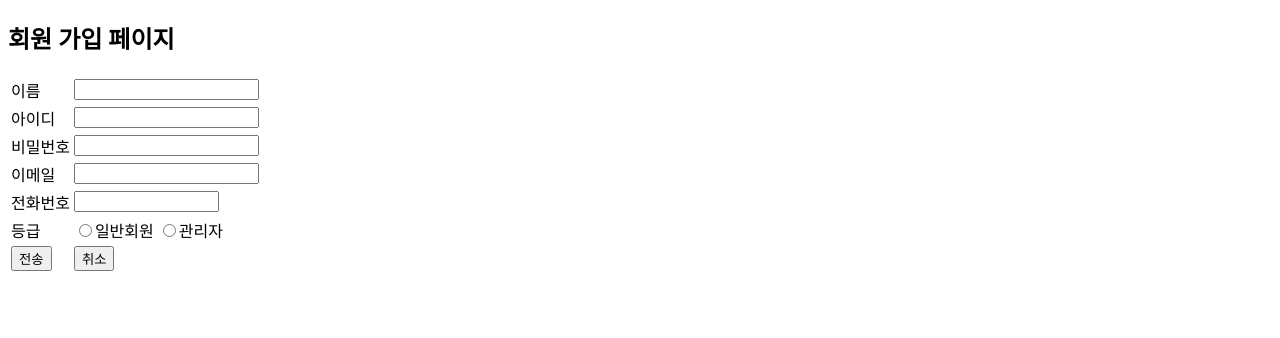
Repository: totesbk/JSP-
Page: http://localhost/web09/join.do
An editor plug-in stored every save of this project. The page is shown before and after the next save, followed by the edit.
The browser window is 1280 px wide. The pictures show the whole page.
The page is served by Tomcat 9. Other server files are loaded and not shown.

Above is the page before, as saved 2020-10-13 08:51:10.

### web09/WebContent/member/join.jsp
<%@ page language="java" contentType="text/html; charset=UTF-8"
    pageEncoding="UTF-8"%>
<!DOCTYPE html>
<html>
<head>
<meta charset="UTF-8">
<title>Insert title here</title>
</head>
<body>
<h2>회원 가입 페이지</h2>
   <form action="join.do" method="post" name="frm">
   		 <table>
   		<tr>
   			<td>이름</td>
   			<td><input type="text" name="name" size="20"></td>
   		</tr>
   		<tr>
   			<td>아이디</td>
   			<td><input type="text" name="userid" size="20"></td>
   		</tr>
   		<tr>
   			<td>비밀번호</td>
   			<td><input type="password" name="userpwd" size="20"></td>
   		</tr>

   		<tr>
   			<td>이메일</td>
   			<td><input type="text" name="email" size="20"></td>
   		</tr>

   		<tr>
   			<td>전화번호</td>
   			<td><input type="text" name="phone" size="15"></td>
   		</tr>

   		<tr>
   			<td>등급</td>
   			<td>
   			<input type="radio" name="admin" value="0">일반회원
   			<input type="radio" name="admin" value="1">관리자
   			</td>
   		</tr>

   		<tr>
   			<td><input type="submit" value="전송"></td>
   			<td><input type="reset" value="취소"></td>
   		</tr>


   </table>
    </form>

</body>
</html>

### web09/src/com/green/controller/joinServlet.java
package com.green.controller;

import java.io.IOException;

import javax.servlet.RequestDispatcher;
import javax.servlet.ServletException;
import javax.servlet.annotation.WebServlet;
import javax.servlet.http.HttpServlet;
import javax.servlet.http.HttpServletRequest;
import javax.servlet.http.HttpServletResponse;

/**
 * Servlet implementation class joinServlet
 */
@WebServlet("/join.do")
public class joinServlet extends HttpServlet {
	private static final long serialVersionUID = 1L;

    /**
     * @see HttpServlet#HttpServlet()
     */
    public joinServlet() {
        super();
        // TODO Auto-generated constructor stub
    }

	/**
	 * @see HttpServlet#doGet(HttpServletRequest request, HttpServletResponse response)
	 */
	protected void doGet(HttpServletRequest request, HttpServletResponse response) throws ServletException, IOException {
		RequestDispatcher dispatcher = request.getRequestDispatcher("member/join.jsp");
	      dispatcher.forward(request, response);

	}

	/**
	 * @see HttpServlet#doPost(HttpServletRequest request, HttpServletResponse response)
	 */
	protected void doPost(HttpServletRequest request, HttpServletResponse response) throws ServletException, IOException {
		// TODO Auto-generated method stub
		doGet(request, response);
	}

}

After the next save:
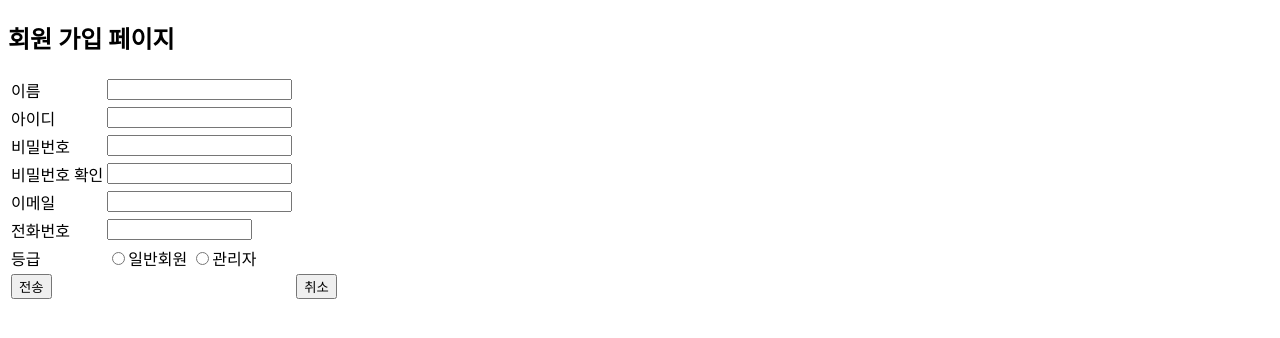
Saved 3 min 9 s later.
--- a/web09/WebContent/member/join.jsp
+++ b/web09/WebContent/member/join.jsp
@@ -22,7 +22,10 @@
    			<td>비밀번호</td>
    			<td><input type="password" name="userpwd" size="20"></td>
    		</tr>
-
+   		<tr>
+   			<td>비밀번호 확인</td>
+   			<td><input type="password" name="pwd_check" size="20"></td>
+   		</tr>
    		<tr>
    			<td>이메일</td>
    			<td><input type="text" name="email" size="20"></td>
@@ -42,10 +45,14 @@
    		</tr>
 
    		<tr>
-   			<td><input type="submit" value="전송"></td>
+   			<td colspan="2">
+   			<input type="submit" value="전송" onclick="return joinCheck()">
    			<td><input type="reset" value="취소"></td>
+   			</td>
    		</tr>
-
+   		<tr>
+   			<td colspan="2">${message}</td>
+   		</tr>
 
    </table>
     </form>
